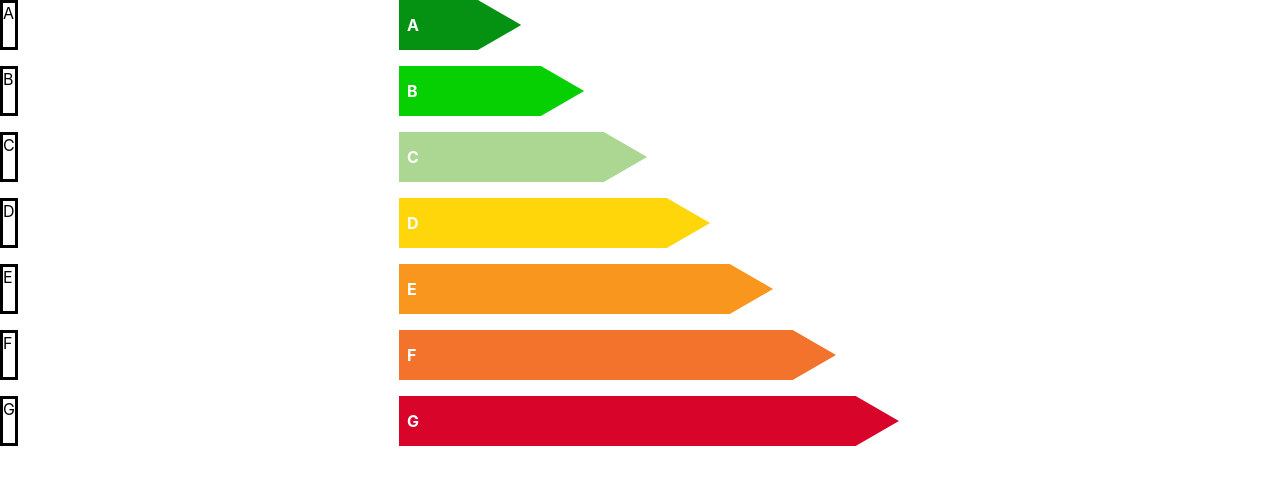
Repository: abdouAppcraft/Predict-DPE
Page: /result
These files come from the project's save history. The page is drawn as it stood at one moment and after the next save; the edit follows.
The browser window is 1280 px wide. The pictures show the whole page.
The project was rebuilt for these pictures with package versions that can differ from the ones it lists, and the page was loaded fresh each time. Also part of the build but not shown: src/hooks/useDpeOptions.tsx, src/strings/string.ts, src/utils/computeData.ts, src/screens/PredictForm/PredictForm.css, src/screens/PredictForm/PredictForm.tsx.

Above is the page before, as saved 2024-06-12 10:18:02.

### src/App.tsx
import React from "react";
import PredictForm from "./screens/PredictForm/PredictForm";
import { createBrowserRouter, RouterProvider } from "react-router-dom";
import Result from "./screens/Result/Result";

const router = createBrowserRouter([
  {
    path: "/",
    Component: PredictForm,
  },
  {
    path: "/result",
    Component: Result,
  },
]);

const App: React.FC = () => {
  return (
    <>
      <RouterProvider router={router} />
    </>
  );
};

export default App;

### src/screens/Result/Result.tsx
import React from "react";
import "./Result.css";
import { DpeGesType } from "../PredictForm/PredictForm";

interface Props extends Partial<DpeGesType> {}

const letter = [
  { label: "G", color: "#d90429" },
  { label: "F", color: "#f3722c" },
  { label: "E", color: "#f8961e" },
  { label: "D", color: "#ffd60a" },
  { label: "C", color: "#ACD793" },
  { label: "B", color: "#06D001" },
  { label: "A", color: "#059212" },
];

const Result: React.FC<Props> = (props) => {
  return (
    <div style={{ display: "flex" }}>
      <div
        style={{
          display: "flex",
          flexDirection: "column-reverse",
          justifyContent: "space-between",
        }}
      >
        {letter.map((l) => {
          return (
            <div
              style={{ height: 50, border: "solid", boxSizing: "border-box" }}
            >
              {l.label}
            </div>
          );
        })}
      </div>
      <div
        style={{
          flex: 1,
          maxWidth: 500,
          display: "flex",
          flexDirection: "column-reverse",
          margin: "auto",
          gap: "1rem",
        }}
      >
        {letter.map((l, index) => (
          <ResultItem {...l} flex={(letter.length - index) / letter.length} />
        ))}
      </div>
    </div>
  );
};

export default Result;

const ResultItem: React.FC<{ flex: number; label: string; color: string }> = ({
  flex,
  label,
  color,
}) => {
  return (
    <div>
      <div style={{ display: "flex", height: 50 }}>
        <div
          style={{
            flex,
            backgroundColor: color,
            placeContent: "center",
            fontWeight: "bold",
            color: "white",
            padding: ".5rem",
          }}
        >
          {label}
        </div>
        <div style={{ backgroundColor: color }} className=" triangle"></div>
      </div>
    </div>
  );
};

### src/screens/Result/Result.css
/* HTML: <div class="triangle"></div> */
.shape {
    background: linear-gradient(45deg,#FA6900,#C02942);

}

.triangle {
    aspect-ratio: cos(30deg);
    clip-path: polygon(0 0,100% 50%,0 100%);
  }

Loaded but not shown: public/index.html (common file); src/index.tsx (common file); src/index.css (common file); src/reportWebVitals.ts (common file)

After the next save:
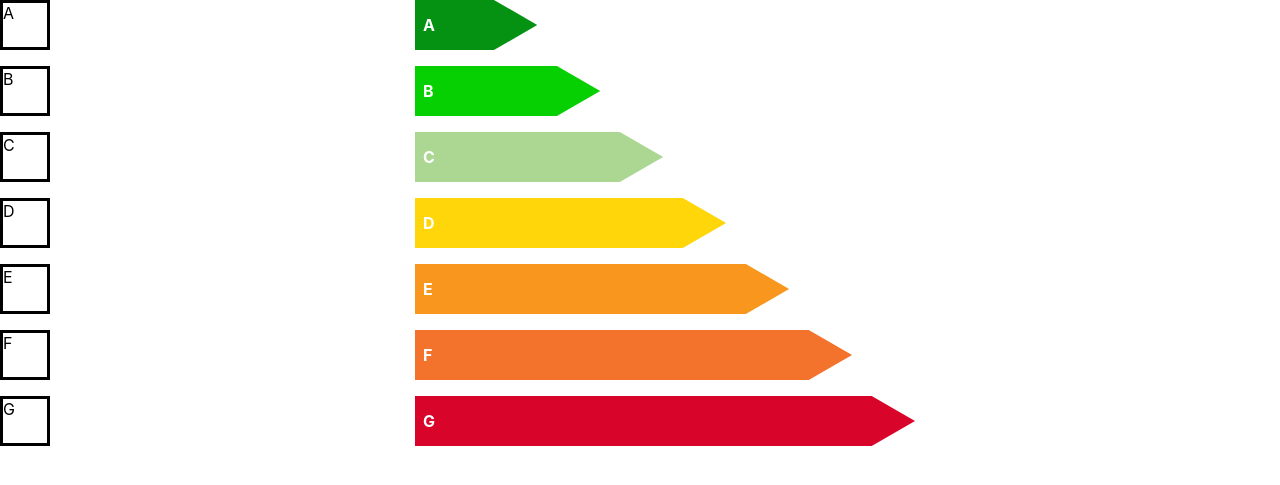
Saved 19 s later.
--- a/src/screens/Result/Result.tsx
+++ b/src/screens/Result/Result.tsx
@@ -27,7 +27,12 @@ const Result: React.FC<Props> = (props) => {
         {letter.map((l) => {
           return (
             <div
-              style={{ height: 50, border: "solid", boxSizing: "border-box" }}
+              style={{
+                height: 50,
+                border: "solid",
+                boxSizing: "border-box",
+                width: "50px",
+              }}
             >
               {l.label}
             </div>
